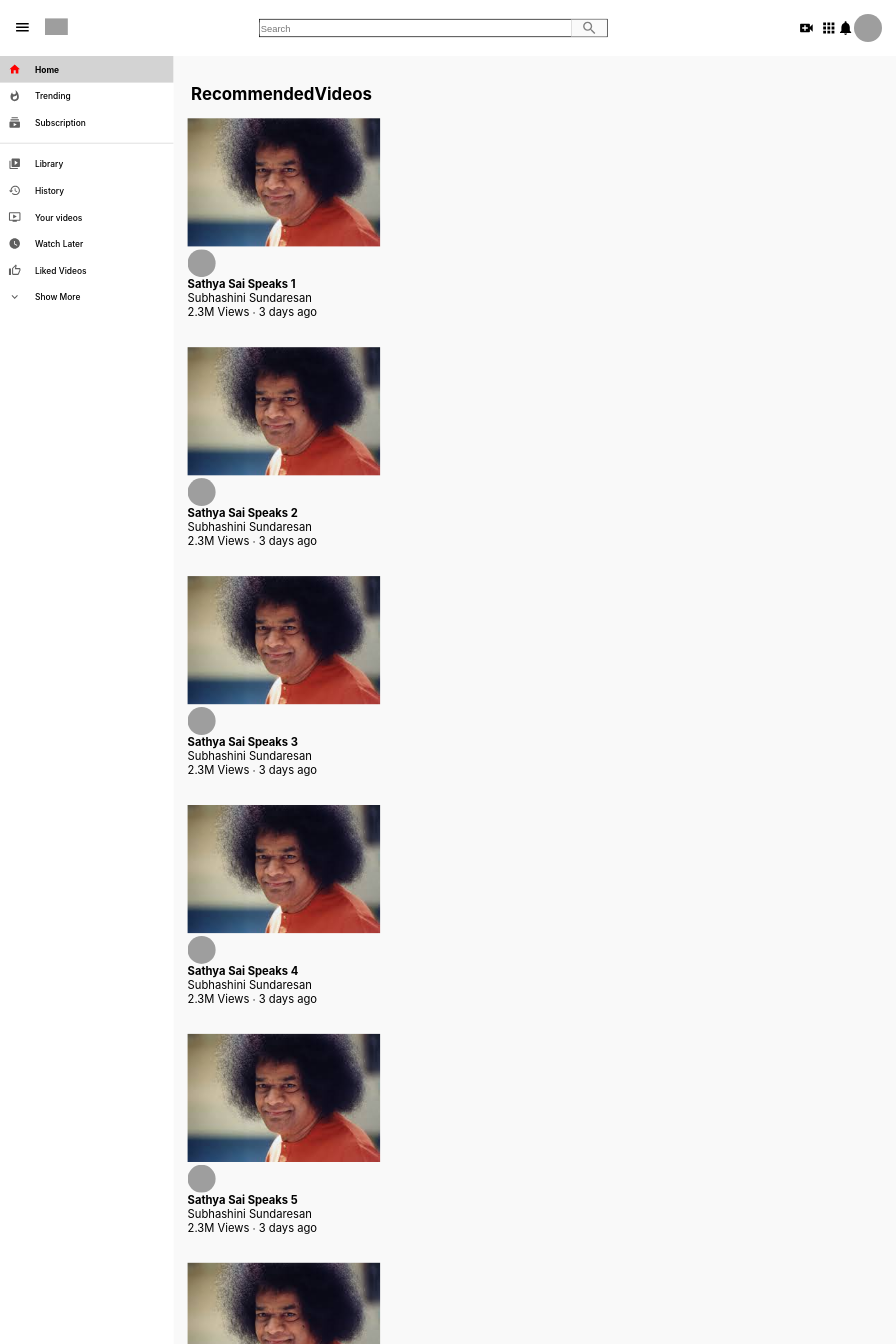
Repository: SubhashiniSundaresan/youtube-clone
Page: /search/
An editor plug-in stored every save of this project. The page is shown before and after the next save, followed by the edit.
The browser window is 1280 px wide. The pictures show the part of the page from y = 0 to 1920 px (the page is 3439 px tall before and 3009 px after), at 70% of full size.
Pictures or frames that could not be fetched are drawn as grey boxes. The project was rebuilt for these pictures with package versions that can differ from the ones it lists, and the page was loaded fresh each time.

Above is the page before, as saved 2020-12-25 20:28:38.

After the next save:
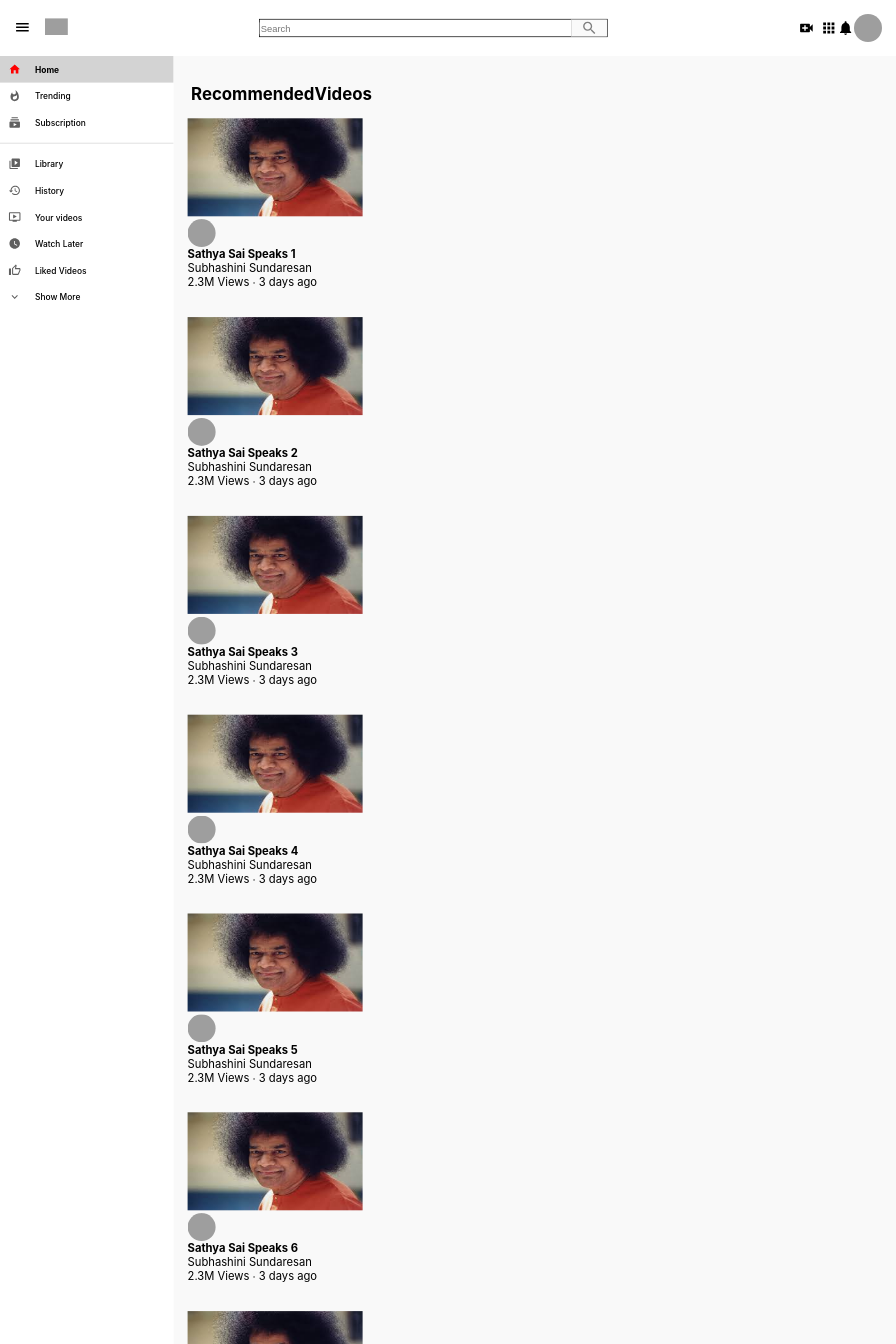
Saved 35 s later.
--- a/src/VideoCard.css
+++ b/src/VideoCard.css
@@ -2,3 +2,8 @@
     margin-bottom: 40px;
     width: 270px;
 }
+
+.videoCard__thumbnail {
+    height: 140px;
+    width: 250px;
+}
